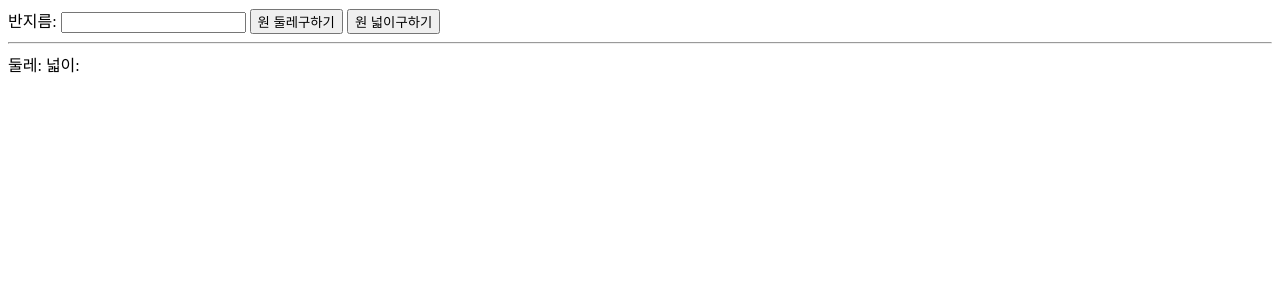
Repository: Jin0207/javaScript
Page: day0103/src/main/webapp/circleTest.html
These files come from the project's save history. The page is drawn as it stood at one moment and after the next save; the edit follows.
The browser window is 1280 px wide. The pictures show the whole page.

Above is the page before, as saved 2022-01-03 01:48:27.

After the next save:
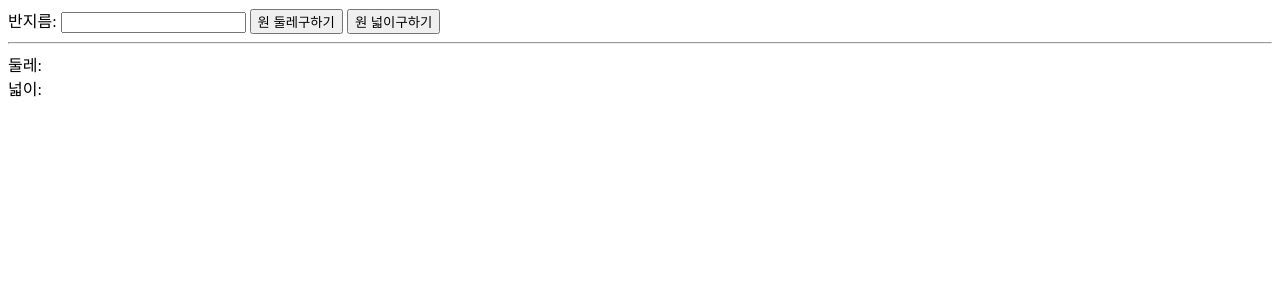
Saved 10 s later.
--- a/day0103/src/main/webapp/circleTest.html
+++ b/day0103/src/main/webapp/circleTest.html
@@ -17,7 +17,7 @@
 	<button type="button" onclick="calCircumference()">원 둘레구하기</button>
 	<button type="button" onclick="calArea()">원 넓이구하기</button>
 	<hr>
-	둘레: <span id="circumference"></span>
+	둘레: <span id="circumference"></span><br>
 	넓이: <span id="area"></span>
 </body>
 </html>
